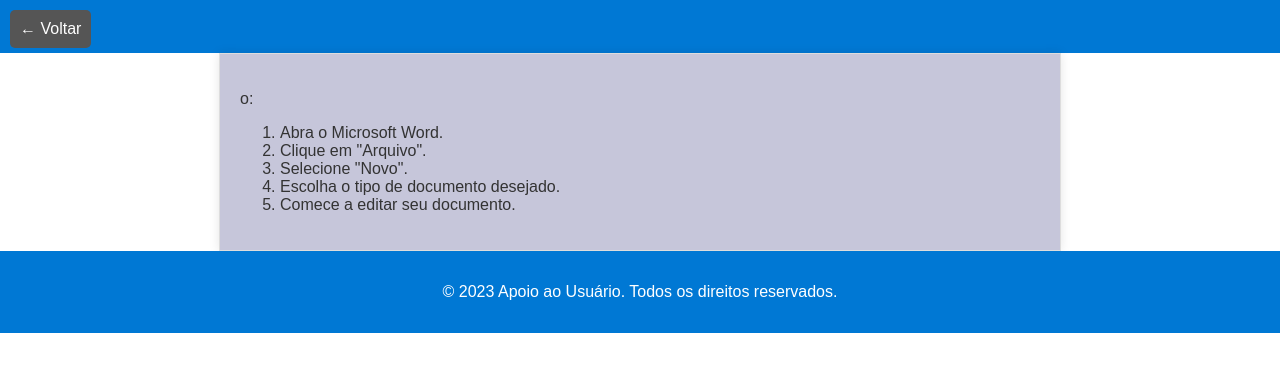
Repository: I4guito/dicasdez
Page: Dicas site/office365 tutoriais/wordtutoriais/Informações gerais.html
An editor plug-in stored every save of this project. The page is shown before and after a run of saves, followed by the edit.
The browser window is 1280 px wide. The pictures show the whole page.

Above is the page before, as saved 2023-12-01 11:42:00.

### Dicas site/office365 tutoriais/wordtutoriais/Informações gerais.html
<!DOCTYPE html>
<html lang="pt-br">
<head>
    <meta charset="UTF-8">
    <meta name="viewport" content="width=device-width, initial-scale=1.0">
    <link rel="stylesheet" href="ztutor.css">
    <script src="/Dicas site/office365 tutoriais/wordtutoriais/tutors.js"></script>
    <title>Tutoriak</title>
</head>
<body>
    <header>
        <a href="javascript:history.back()" class="voltar-btn">&#8592; Voltar</a>
        <h1></h1>

    </header>

<div class="container">
    <section class="tutorial-content">

        <p>o:</p>
        <ol>
            <li>Abra o Microsoft Word.</li>
            <li>Clique em "Arquivo".</li>
            <li>Selecione "Novo".</li>
            <li>Escolha o tipo de documento desejado.</li>
            <li>Comece a editar seu documento.</li>
        </ol>
    </section>
</div>

    <footer>
        <p>&copy; 2023 Apoio ao Usuário. Todos os direitos reservados.</p>
    </footer>
</body>
</html>

### Dicas site/office365 tutoriais/wordtutoriais/ztutor.css
body {
    font-family: 'Arial', sans-serif;
    margin: 0;
    padding: 0;
}

header {
    background-color: #0078D4;
    color: white;
    text-align: center;
    padding: 1rem;
}

header img {
    max-width: 100px;
    margin-top: 10px;
}

.container {
    max-width: 800px;
    margin: 0 auto;
    background-color: rgb(198, 198, 218);
    padding: 20px;
    box-shadow: 0 0 10px rgba(0, 0, 0, 0.1);
    border: 1px solid #ddd;
    color: #333;
}

.problems-list {
    max-width: 600px;
    margin: 20px auto;
    padding: 20px;
    border: 1px solid #ddd;
    border-radius: 5px;
}

.problems-list h2 {
    color: #0078D4;
}

.problems-list ul {
    list-style-type: none;
    padding: 0;
}

.problems-list li {
    margin: 10px 0;
    border-bottom: 1px solid #ddd;
    padding: 10px;
    background-color: #53616b;
}

.problems-list li:last-child {
    border-bottom: none; /
}

.problems-list a {
    text-decoration: none;
    color: #0078D4;
    transition: color 0.3s;
}

.problems-list a:hover {
    color: #004377;
}

footer {
    background-color: #0078D4;
    color: white;
    text-align: center;
    padding: 1rem;
}

.link-instrucoes {
    font-family:cursive;
    width: 50px;
    left: 10px;
    text-decoration: none;
    color: #fff;
    font-size: 25px;
    padding: 3px;
    background-color: #555;
    border: none;
    border-radius: 10px;
    cursor: pointer;
    transition:  background-color 0.3s;
}

.link-instrucoes:hover {
    background-color:#777
}


.voltar-btn {
    position: absolute;
    left: 10px;
    top: 10px;
    text-decoration: none;
    color: #fff;
    font-size: 16px;
    padding: 10px;
    background-color: #555;
    border: none;
    border-radius: 5px;
    cursor: pointer;
    transition: background-color 0.3s;
}

.voltar-btn:hover {
    background-color: #777;
}


.step {
    max-width: 800px;
    margin: 0 auto;
    background-color: #333;
    padding: 20px;
    box-shadow: 0 0 10px rgba(0, 0, 0, 0.1);
    border: 1px solid #ddd;
    color: #333;
    margin-bottom: 40px;
    padding: 20px;
    border-radius: 8px;
    box-shadow: 0 4px 8px rgba(0, 0, 0, 0.1);
}

### Dicas site/office365 tutoriais/wordtutoriais/tutors.js

const isOpera = navigator.userAgent.indexOf("OPR") > -1;


if (isOpera) {
  document.addEventListener("DOMContentLoaded", function () {
    document.querySelector("body").style.backgroundColor = "#005c4b";
    document.querySelector(".container").style.color = "#333";
    document.querySelector(".container").style.backgroundColor = "#006c6d";
  });
}

After the next 4 saves:
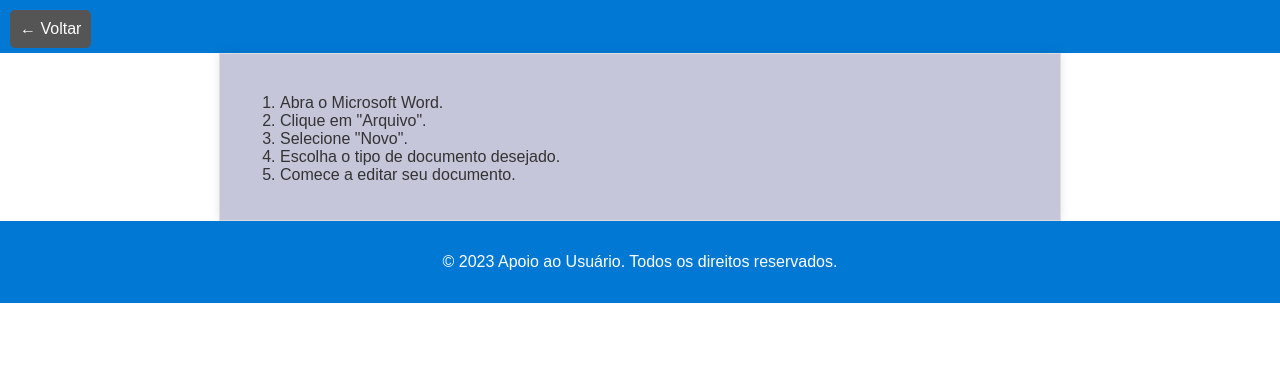
The 4 saves are shown as one change because they came seconds apart.
The last was saved 43 s later.
--- a/Dicas site/office365 tutoriais/wordtutoriais/Informações gerais.html
+++ b/Dicas site/office365 tutoriais/wordtutoriais/Informações gerais.html
@@ -17,7 +17,7 @@
 <div class="container">
     <section class="tutorial-content">
 
-        <p>o:</p>
+        <h2></h2>
         <ol>
             <li>Abra o Microsoft Word.</li>
             <li>Clique em "Arquivo".</li>
